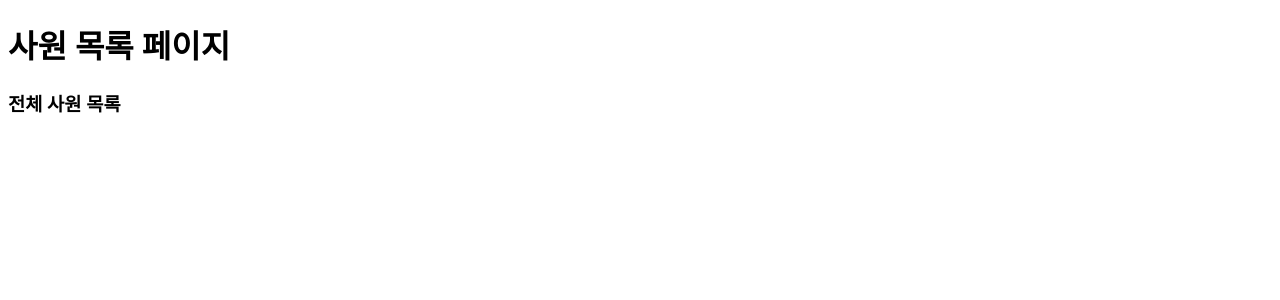
Repository: onuo77/ja_HTA
Page: http://localhost/sample/hr/emp/list.jsp
The author's editor kept a copy of each file at every save. The page is drawn from the files as they stood at one save, then again after the next save.
The browser window is 1280 px wide. The pictures show the whole page.
The page is served by Tomcat 9.

Above is the page before, as saved 2021-05-22 12:10:30.

After the next save:
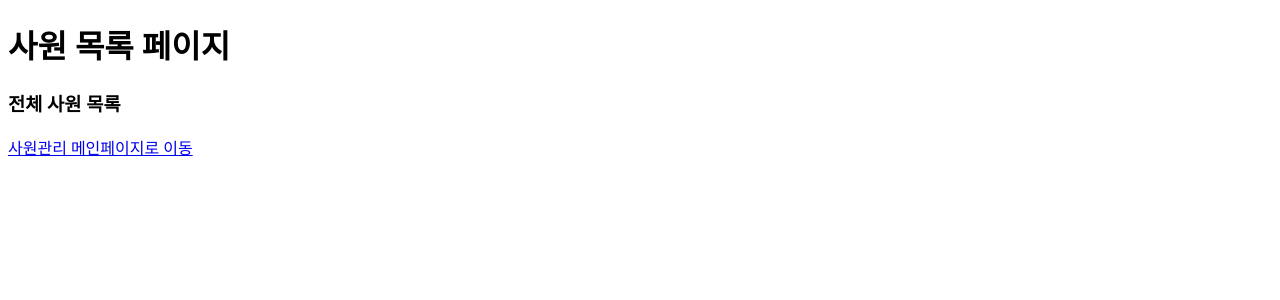
Saved 17 s later.
--- a/java-web/sample/src/main/webapp/hr/emp/list.jsp
+++ b/java-web/sample/src/main/webapp/hr/emp/list.jsp
@@ -10,5 +10,7 @@
 	<h1>사원 목록 페이지</h1>
 
 	<h3>전체 사원 목록</h3>
+
+	<p><a href="main.jsp">사원관리 메인페이지로 이동</a></p>
 </body>
 </html>
